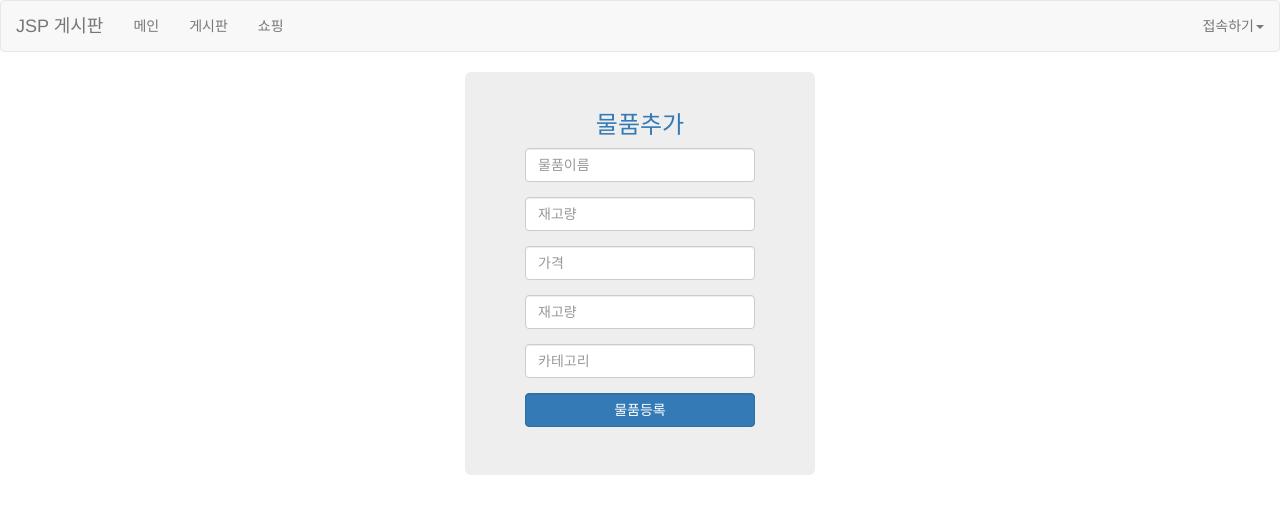
Repository: kingkingburger/webproject
Page: http://localhost/BBS/upload.jsp
An editor plug-in stored every save of this project. The page is shown before and after the next save, followed by the edit.
The browser window is 1280 px wide. The pictures show the whole page.
Some web libraries are served in a nearby version. The page is served by Tomcat 9.

Above is the page before, as saved 2020-11-25 07:50:15.

After the next save:
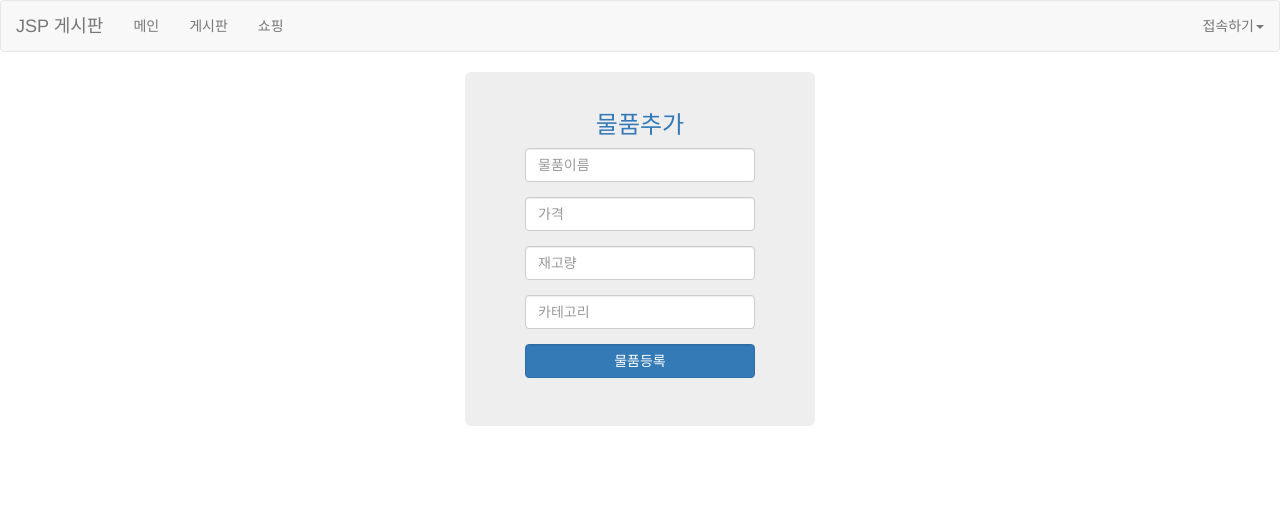
Saved 5 s later.
--- a/BBS/WebContent/upload.jsp
+++ b/BBS/WebContent/upload.jsp
@@ -73,10 +73,7 @@
 						<input type="text" class="form-control" placeholder="물품이름"
 							name="product_name" maxlength="20">
 					</div>
-					<div class="form-group">
-						<input type="text" class="form-control" placeholder="재고량"
-							name="product_name" >
-					</div>
+
 					<div class="form-group">
 						<input type="text" class="form-control" placeholder="가격"
 							name="product_value" maxlength="20">
